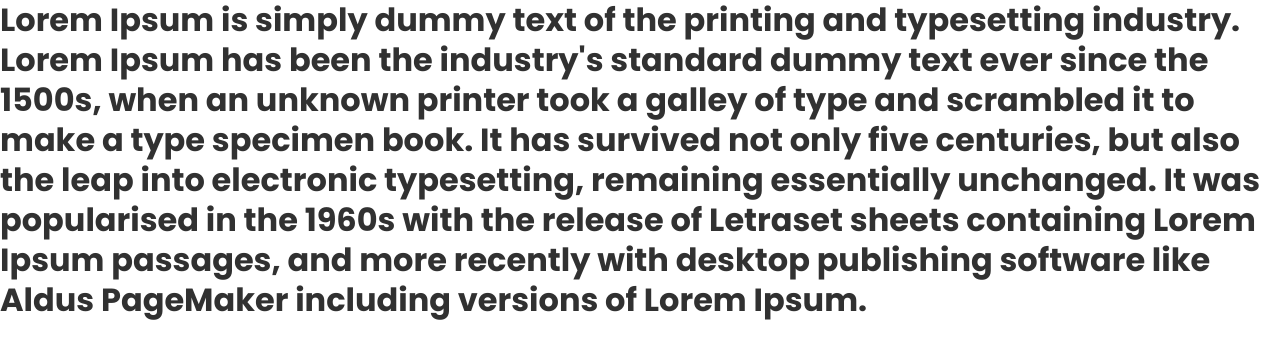
Repository: AbiezerSidonioJoseOdanacaJunior/projeto-travelgram
Page: index.html
An editor plug-in stored every save of this project. The page is shown before and after the next save, followed by the edit.
The browser window is 1280 px wide. The pictures show the whole page.
Some web fonts or font styles are not loaded; a fallback is used.

Above is the page before, as saved 2024-11-12 15:42:54.

### index.html
<!DOCTYPE html>
<html lang="pt-br">
<head>
    <meta charset="UTF-8">
    <meta name="viewport" content="width=device-width, initial-scale=1.0">
    <link rel="preconnect" href="https://fonts.googleapis.com">
    <link rel="preconnect" href="https://fonts.gstatic.com" crossorigin>
    <title>Travelgram</title>
    <link rel="stylesheet" href="styles/global.css">
    <link href="https://fonts.googleapis.com/css2?family=Alice&family=Playfair+Display:ital,wght@0,400..900;1,400..900&family=Poppins:wght@400;700&display=swap" rel="stylesheet">
</head>
<body>
    <p>Lorem Ipsum is simply dummy text of the printing and typesetting industry. Lorem Ipsum has been the industry's standard dummy text ever since the 1500s, when an unknown printer took a galley of type and scrambled it to make a type specimen book. It has survived not only five centuries, but also the leap into electronic typesetting, remaining essentially unchanged. It was popularised in the 1960s with the release of Letraset sheets containing Lorem Ipsum passages, and more recently with desktop publishing software like Aldus PageMaker including versions of Lorem Ipsum.</p>

</body>
</html>

### styles/global.css
* {
    padding: 0;
    margin: 0;
    box-sizing: border-box;
}

:root {
    --brand-clor: #EF5F4C;
    --backgoround-clor: #FFFFFF;
    --surface-color: #F5F5F5;
    --skeleton-color: #D9D9D9;
    --shape-tranparency: #ffffff90;
    --text-color-primary: #313131;
    --text-color-secondary: #6C6C6C;
    --font-family: "Poppins", sans-serif;
    --text: 16px/150% var(--font-family);
    --text-lg: bold 32px/125% var(--font-family);
    --text-md: 14px/170% var(--font-family);
    --text-sm: 12px/170% var(--font-family) ;

}

body {
    color: var(--text-color-primary);
    background-color: var(--backgoround-clor);
    font: var(--text-lg);
}

After the next save:
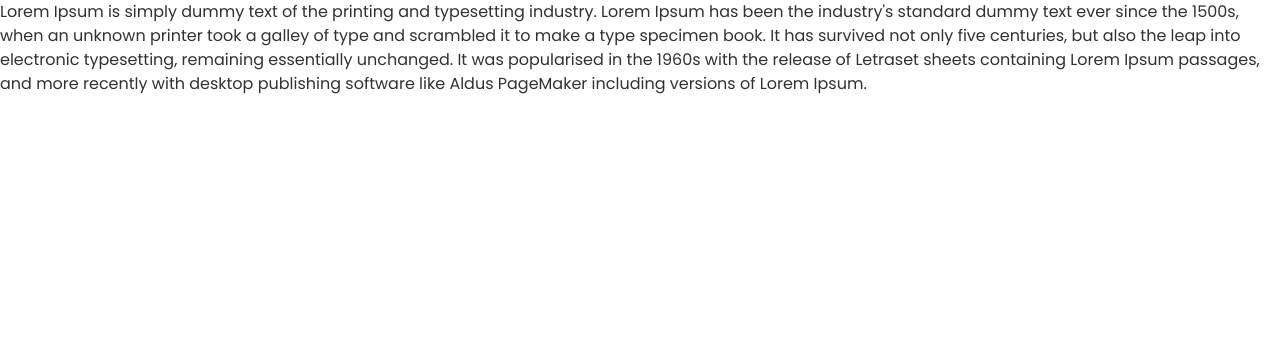
Saved 23 s later.
--- a/styles/global.css
+++ b/styles/global.css
@@ -23,5 +23,5 @@
 body {
     color: var(--text-color-primary);
     background-color: var(--backgoround-clor);
-    font: var(--text-lg);
+    font: var(--text);
 }
